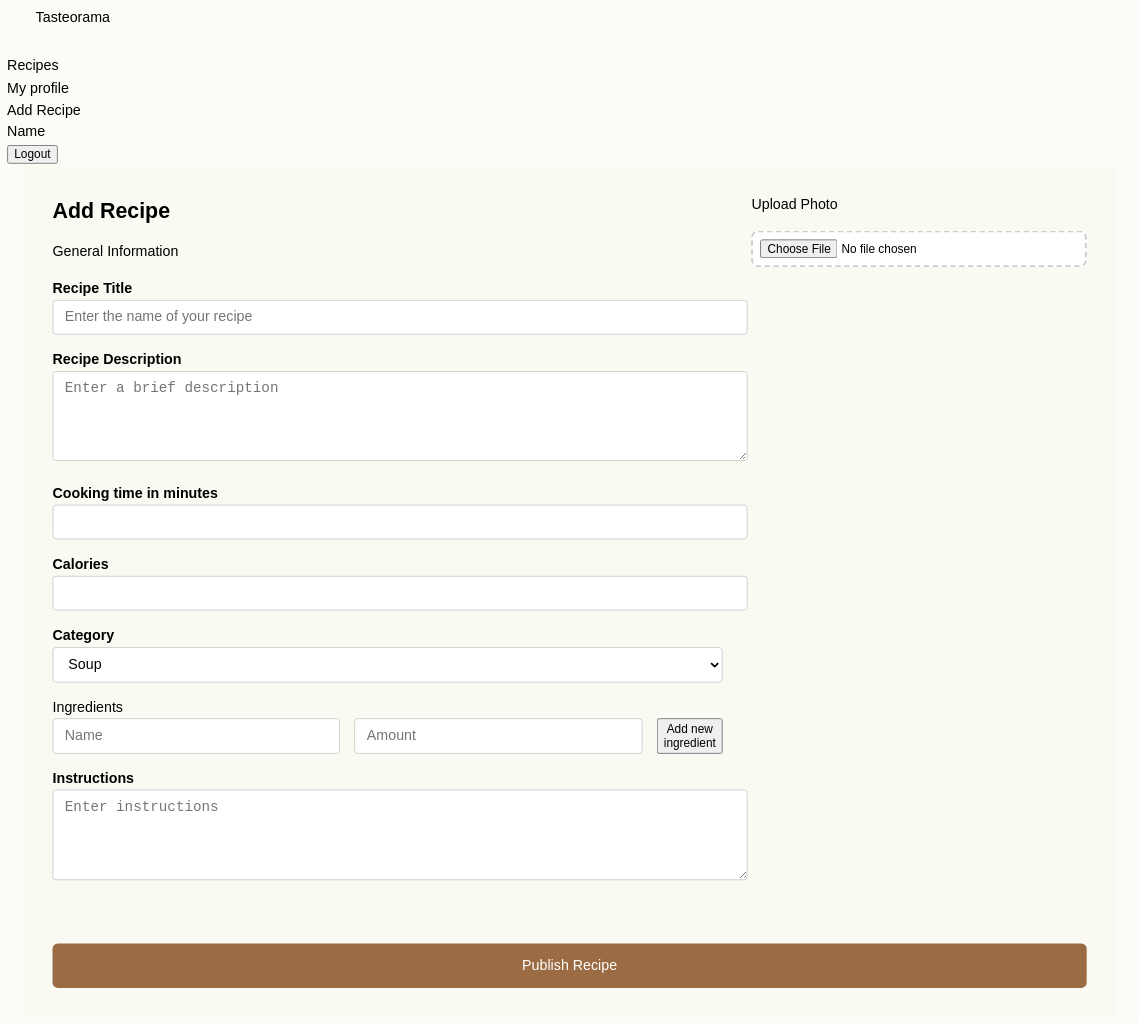
Repository: Alex-chernomor/frontEndRepo
Page: /
The author's editor kept a copy of each file at every save. The page is drawn from the files as they stood at one save, then again after the next save.
The browser window is 1280 px wide. The pictures show the whole page, at 89% of full size.
The project was rebuilt for these pictures with package versions that can differ from the ones it lists, and the page was loaded fresh each time. Also part of the build but not shown: vite.config.js, src/sections/Header/Header.module.css.

Above is the page before, as saved 2025-07-03 23:00:56.

After the next save:
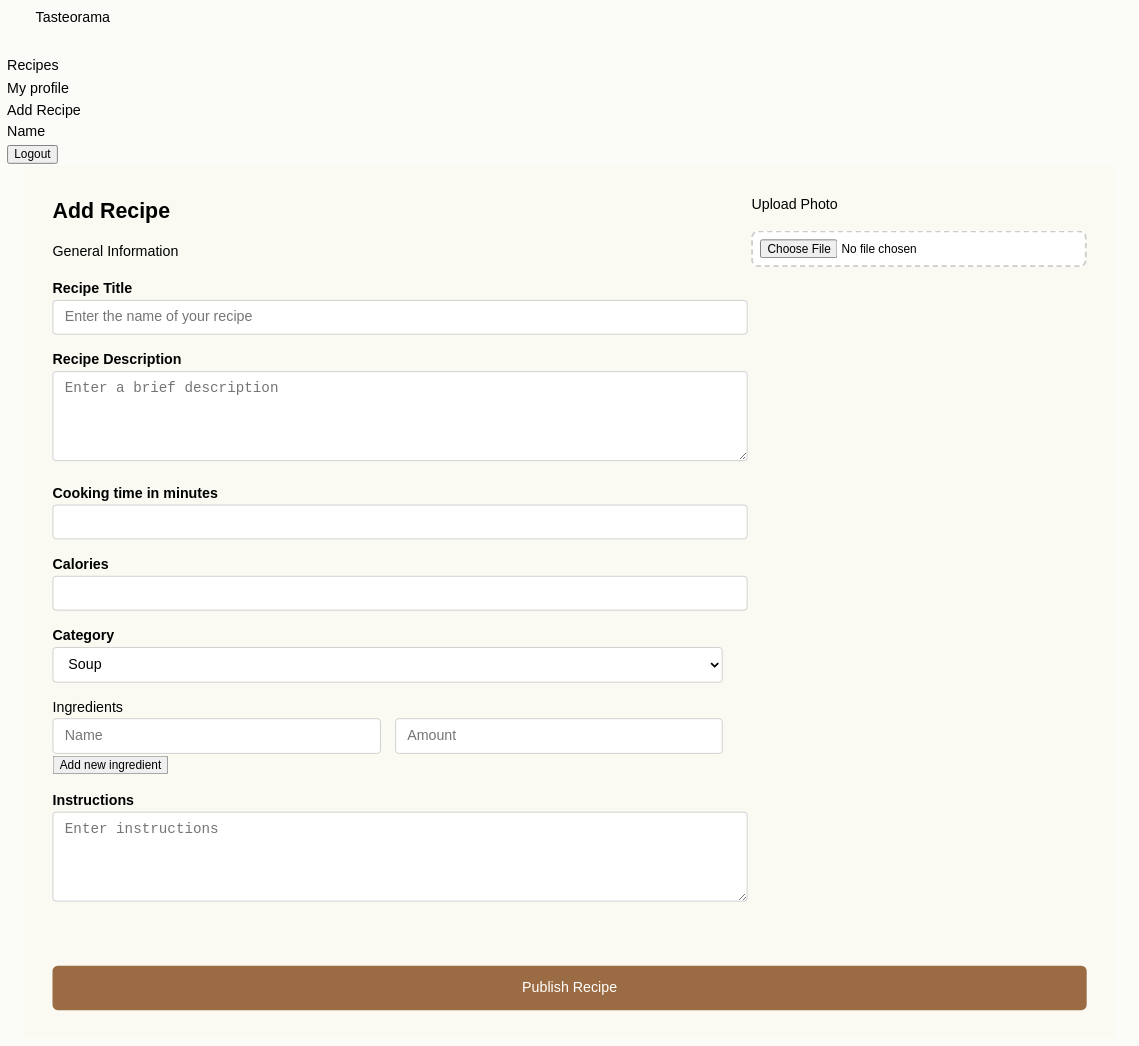
Saved 66 s later.
--- a/src/components/RecipeForm/RecipeForm.jsx
+++ b/src/components/RecipeForm/RecipeForm.jsx
@@ -122,22 +122,23 @@ export default function RecipeForm({ onAdd }) {
                       placeholder="Amount"
                       className={css.input}
                     />
-                    <button
-                      type="button"
-                      onClick={() => {
-                        if (values.ingredientName && values.ingredientAmount) {
-                          push({
-                            name: values.ingredientName,
-                            amount: values.ingredientAmount,
-                          });
-                          setFieldValue("ingredientName", "");
-                          setFieldValue("ingredientAmount", "");
-                        }
-                      }}
-                    >
-                      Add new ingredient
-                    </button>
                   </div>
+                  <button
+                    type="button"
+                    onClick={() => {
+                      if (values.ingredientName && values.ingredientAmount) {
+                        push({
+                          name: values.ingredientName,
+                          amount: values.ingredientAmount,
+                        });
+                        setFieldValue("ingredientName", "");
+                        setFieldValue("ingredientAmount", "");
+                      }
+                    }}
+                  >
+                    Add new ingredient
+                  </button>
+
                   <div className={css.ingredientList}>
                     {/* {values.ingredients.map((ing, index) => (
                       <div key={index} className={css.ingredientItem}>
